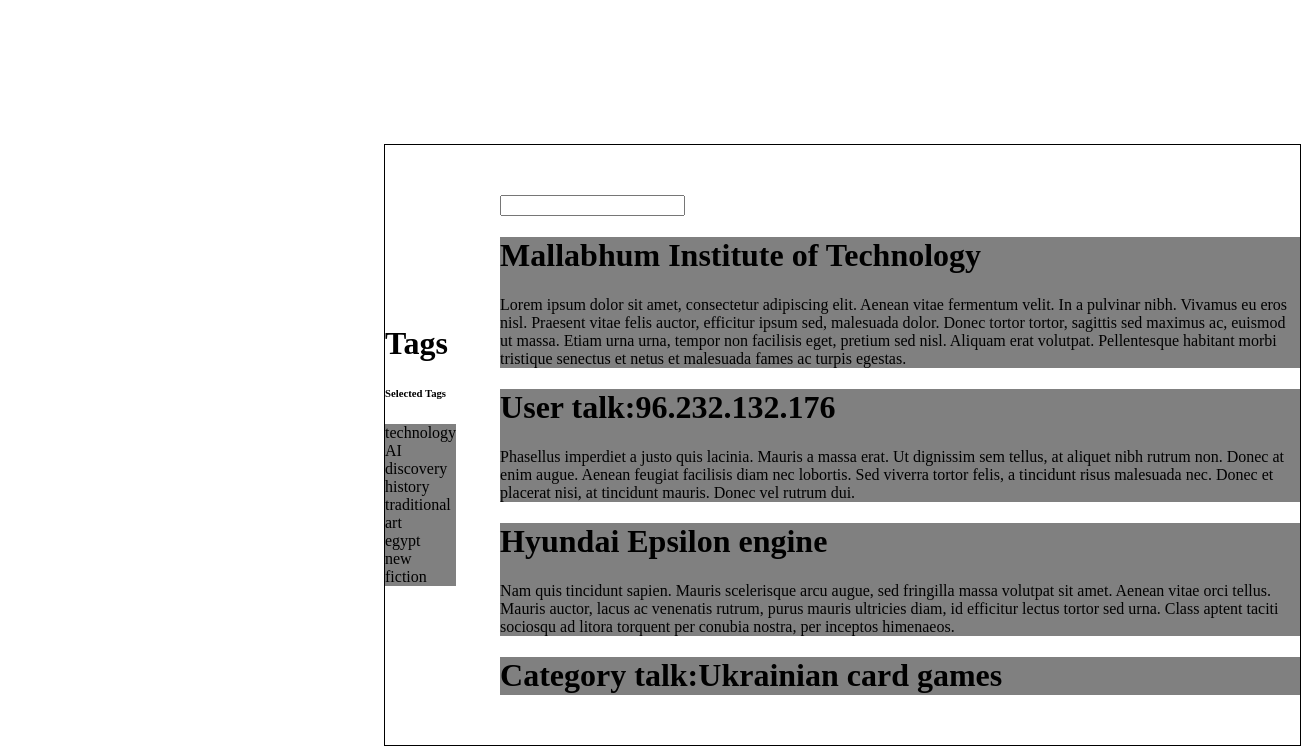
Repository: KelaiAffaf/bridger
Page: /
An editor plug-in stored every save of this project. The page is shown before and after a run of saves, followed by the edit.
The browser window is 1280 px wide. The page is 1301 px wide, so the pictures cover 1301 px, including what lies to the right of the window. The pictures show the whole page.
An inner scrolling area shows only its first screen. The project was rebuilt for these pictures with package versions that can differ from the ones it lists, and the page was loaded fresh each time. Also part of the build but not shown: vite.config.js.

Above is the page before, as saved 2023-06-08 11:26:29.

### src/App.jsx
// eslint-disable-next-line no-unused-vars
import React, { useState } from "react";
import { data } from "./NewComponents/data.js";
import Tag from "./NewComponents/Tag";
import InfoBox from "./NewComponents/InfoBox";

function App() {


  const [value, setValue] = useState("");

  const getTags = (data) => {
    const tagsArray = [];

    data.forEach((user) => {
      user.tags.forEach((tag) => {
        if (!tagsArray.includes(tag)) {
          tagsArray.push(tag);
        }
      });
    });

    return tagsArray;
  };

  const uniqueTags = getTags(data);

  return (
    <div
    style={{
      display: "flex",
      alignItems: "center",
      gap:44,
      height: "600px",
      border: "1px solid black",
      overflow: "hidden",
      position: "absolute",
      top: "20%",
      left: "30%",
    }}
      >
      <div>
        <h1>Tags</h1>
        <h6>Selected Tags</h6>
        <Tag tags={uniqueTags} />
      </div>

      <div
      style={{
        height: "500px",
        overflow: "auto",
      }}
      >
        <input onChange={(e) => setValue(e.target.value)} />
        {data &&
          data.map((user) => (
            <div key={user.id}>
              {(user.title.includes(value) ||
                user.content.includes(value)) && (
                <InfoBox title={user.title} body={user.content} />
              )}
            </div>
          ))}
      </div>
    </div>
  );
}

export default App;

### src/NewComponents/data.js
// articles
export const  data = [
    {
        "id": 1,
        "title": "Mallabhum Institute of Technology",
        "content": "Lorem ipsum dolor sit amet, consectetur adipiscing elit. Aenean vitae fermentum velit. In a pulvinar nibh. Vivamus eu eros nisl. Praesent vitae felis auctor, efficitur ipsum sed, malesuada dolor. Donec tortor tortor, sagittis sed maximus ac, euismod ut massa. Etiam urna urna, tempor non facilisis eget, pretium sed nisl. Aliquam erat volutpat. Pellentesque habitant morbi tristique senectus et netus et malesuada fames ac turpis egestas.",
        "tags": ["technology", "AI", "discovery"]
    },
    {
        "id": 2,
        "title": "User talk:96.232.132.176",
        "content": "Phasellus imperdiet a justo quis lacinia. Mauris a massa erat. Ut dignissim sem tellus, at aliquet nibh rutrum non. Donec at enim augue. Aenean feugiat facilisis diam nec lobortis. Sed viverra tortor felis, a tincidunt risus malesuada nec. Donec et placerat nisi, at tincidunt mauris. Donec vel rutrum dui.",
        "tags": ["history","technology", "traditional"]
    },
    {
        "id": 3,
        "title": "Hyundai Epsilon engine",
        "content": "Nam quis tincidunt sapien. Mauris scelerisque arcu augue, sed fringilla massa volutpat sit amet. Aenean vitae orci tellus. Mauris auctor, lacus ac venenatis rutrum, purus mauris ultricies diam, id efficitur lectus tortor sed urna. Class aptent taciti sociosqu ad litora torquent per conubia nostra, per inceptos himenaeos.",
        "tags": ["art","egypt"]
    },
    {
        "id": 4,
        "title": "Category talk:Ukrainian card games",
        "content": "Quisque venenatis eleifend turpis vitae pulvinar. Aliquam orci mauris, tincidunt ut sollicitudin sit amet, convallis quis orci. Mauris vel nulla a dolor faucibus porttitor. Proin a dui nunc. Orci varius natoque penatibus et magnis dis parturient montes, nascetur ridiculus mus. Donec placerat dictum mauris. Vestibulum pharetra nisl sed eros dictum tristique. Praesent ac molestie neque. Fusce nec cursus leo, vel condimentum diam.",
        "tags": ["discovery","history"]
    },
    {
        "id": 5,
        "title": "Pellentesque non vulputate dolor",
        "content": "Fusce aliquam scelerisque lorem, a gravida ante efficitur eu. Duis ultricies leo scelerisque ante lacinia, ac viverra elit aliquam. Nullam at faucibus nisl. Nunc fringilla in urna sed suscipit. Integer in ipsum lectus. Pellentesque non vulputate dolor, vel scelerisque sapien. Nulla facilisi. Duis at sodales lacus. In hac habitasse platea dictumst.",
        "tags": ["new","fiction"]
    }
  ]

### src/NewComponents/Tag.jsx
import React from 'react'

function Tag({tags}) {
  return (
   <div>
    <div
    style={{
      borderRedius: '5px',
      backgroundColor: 'grey',
    }}
    >
      {tags && tags.map(ele=><div >{ele}</div>)
    }
    </div>
   </div>
  )
}

export default Tag

### src/NewComponents/InfoBox.jsx
// eslint-disable-next-line no-unused-vars
import React from 'react'

// eslint-disable-next-line react/prop-types
function InfoBox({title,body}) {
  return (
    <div
    style={{
      backgroundColor: 'grey',
      width :"800px"
    }}
    >
        <h1>{title}</h1>
        <p>{body} </p>
    </div>
  )
}

export default InfoBox

Loaded but not shown: index.html (common file); src/main.jsx (common file)

After the next 3 saves:
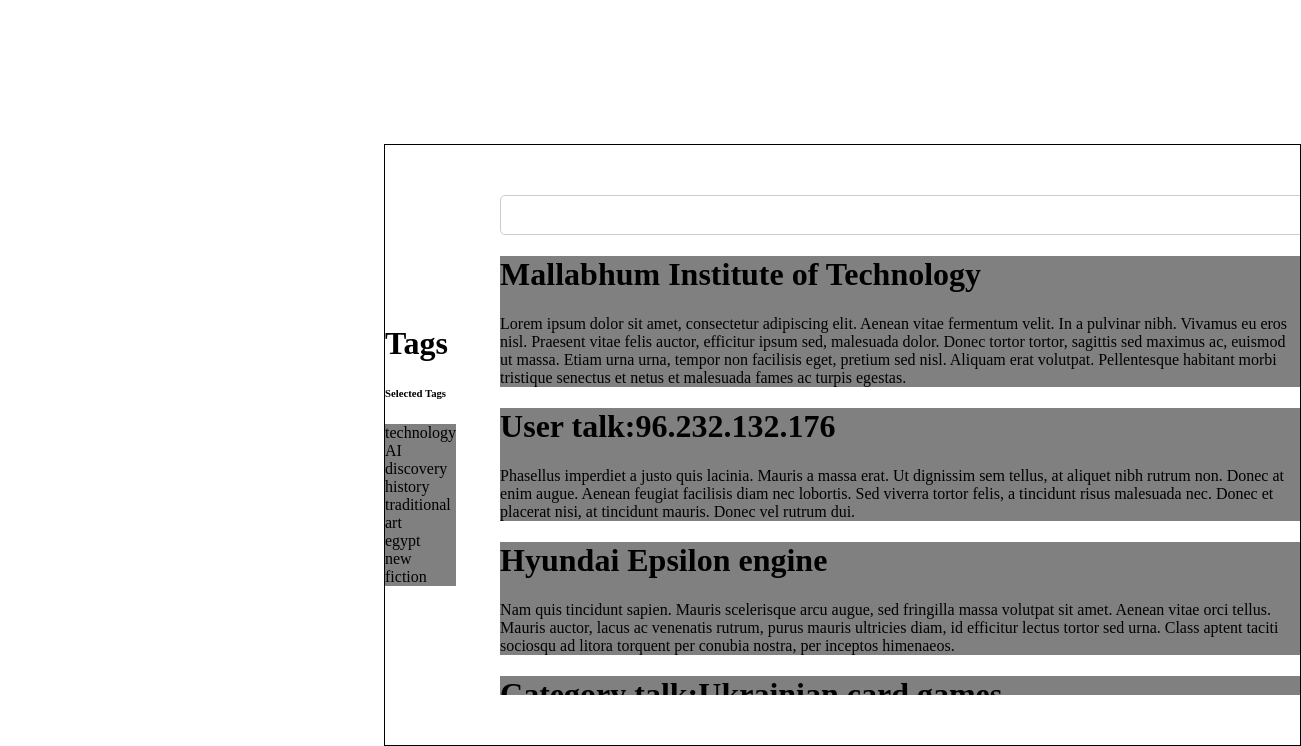
The 3 saves are shown as one change because they came seconds apart.
The last was saved 50 s later.
--- a/src/App.jsx
+++ b/src/App.jsx
@@ -51,7 +51,17 @@
         overflow: "auto",
       }}
       >
-        <input onChange={(e) => setValue(e.target.value)} />
+        <input
+          onChange={(e) => setValue(e.target.value)}
+          style={{
+            padding: '10px',
+            border: '1px solid #ccc',
+            borderRadius: '5px',
+            fontSize: '16px',
+            width: '100%',
+          }}
+        />
+
         {data &&
           data.map((user) => (
             <div key={user.id}>
